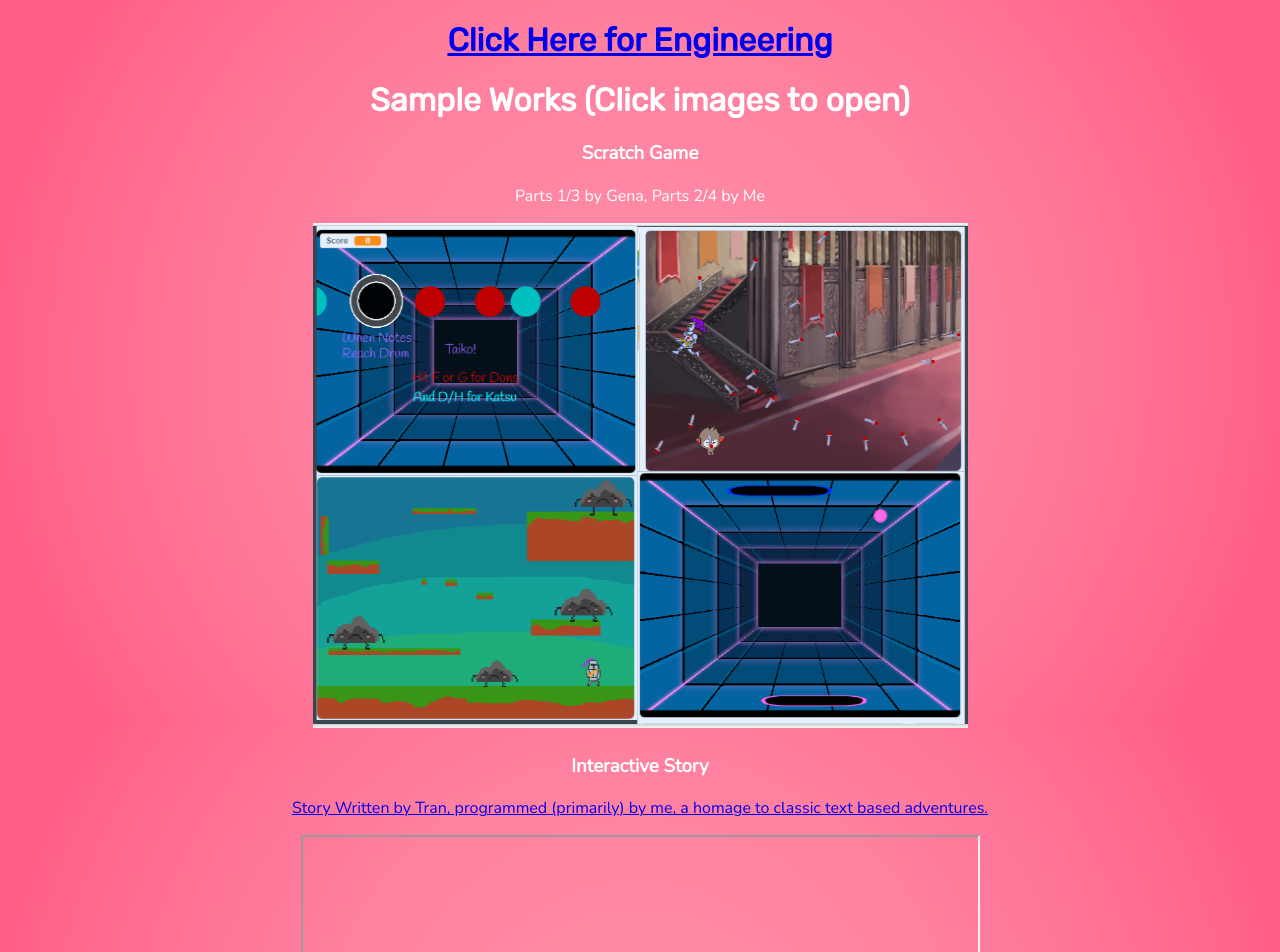
Repository: Ivyeomnky/Ivyeomnky.github.io
Page: dp.html
The author's editor kept a record of every edit. The page is drawn from the files as they stood at one moment, then again after the next edit.
The browser window is 1280 px wide. The pictures show the part of the page from y = 0 to 952 px (the page is 2389 px tall).
Pictures or frames that could not be fetched are drawn as grey boxes. Backgrounds fixed to the window are drawn as part of the page.

Above is the page before.

After the next edit:
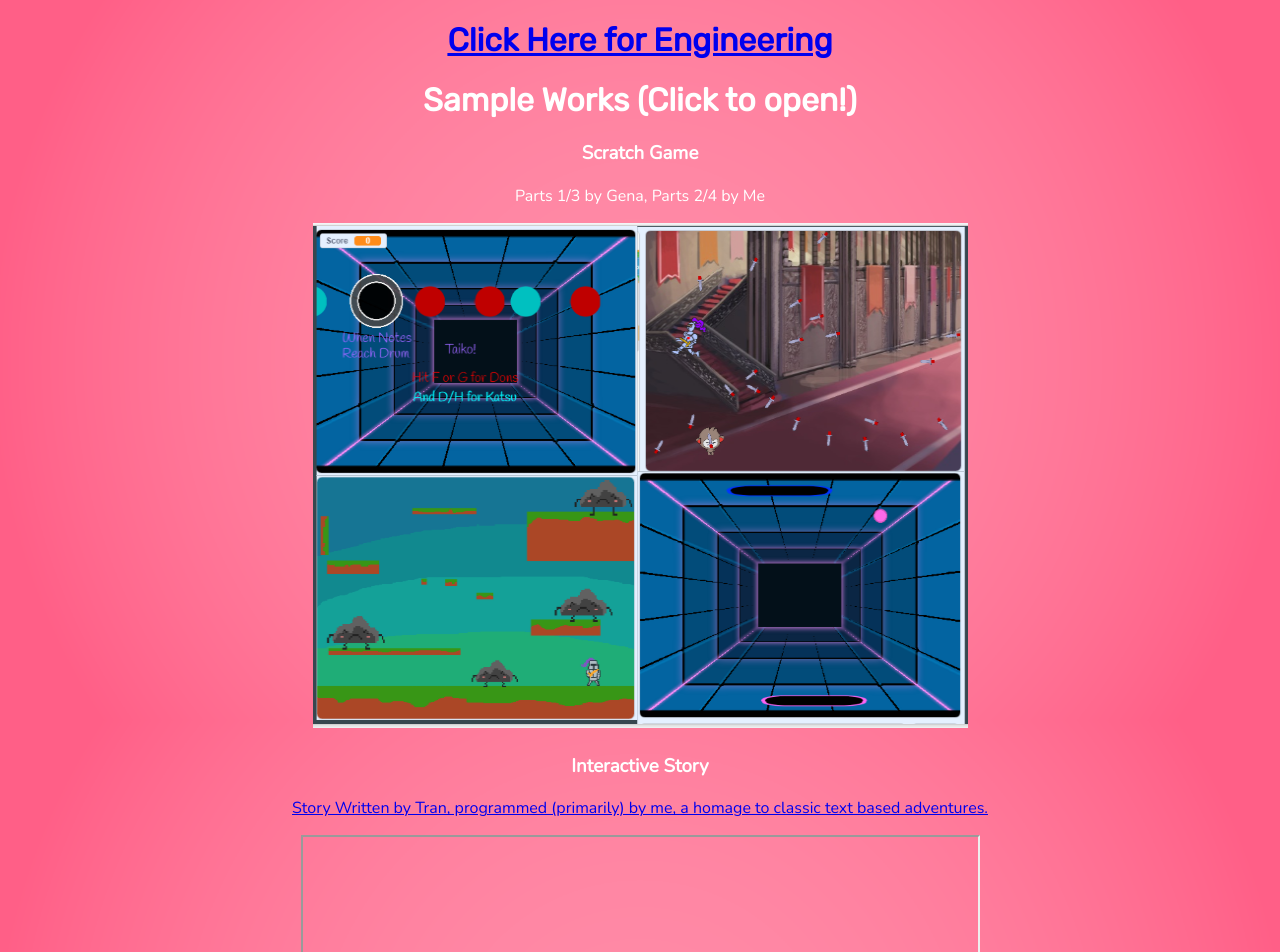
The edit:
--- a/dp.html
+++ b/dp.html
@@ -9,7 +9,7 @@
     </head>
     <body><center><p>
         <h1><a href="enginneringdp.html" target="_blank">Click Here for Engineering</a></h1>
-        <h1>Sample Works (Click images to open)</h1>
+        <h1>Sample Works (Click to open!)</h1>
         <p></p>
         <p></p>
         <h3>Scratch Game</h3>
